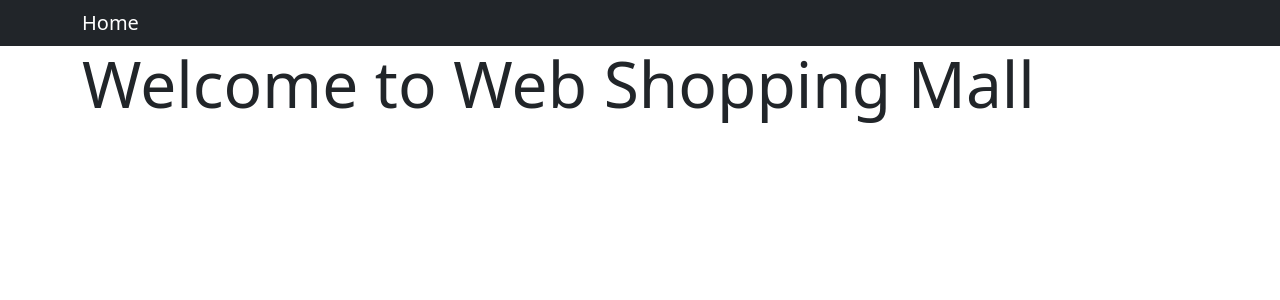
Repository: CheolHo-0428/JSP-Web-Programming
Page: http://localhost/WebMarket/welcome.jsp
These files come from the project's save history. The page is drawn as it stood at one moment and after the next save; the edit follows.
The browser window is 1280 px wide. The pictures show the whole page.
The page is served by Tomcat 9.

Above is the page before, as saved 2021-05-06 14:44:22.

After the next save:
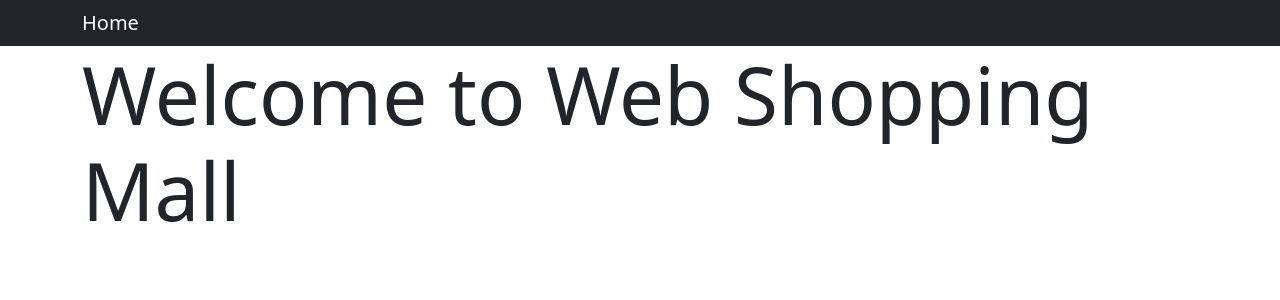
Saved 14 s later.
--- a/WebMarket/src/main/webapp/welcome.jsp
+++ b/WebMarket/src/main/webapp/welcome.jsp
@@ -23,7 +23,7 @@
 	%>
 	<div class = "jumbotron">
 		<div class = "container">
-			<h1 class = "display-3">
+			<h1 class = "display-1">
 				<%= greeting %>
 			</h1>
 		</div>
